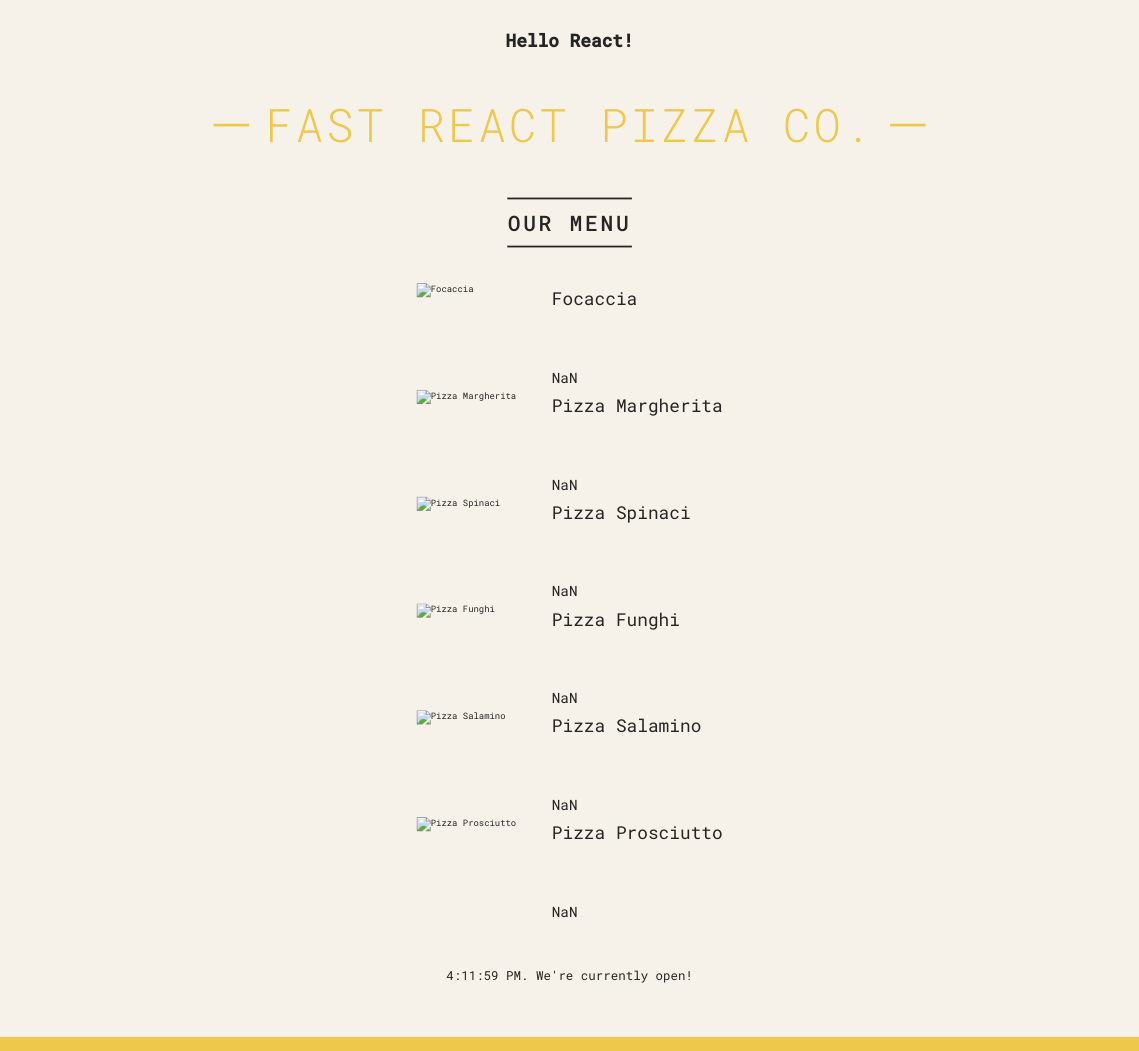
Repository: Alphosmart/03_pizza-menu
Page: /
The author's editor kept a copy of each file at every save. The page is drawn from the files as they stood at one save, then again after the next save.
The browser window is 1280 px wide. The pictures show the whole page, at 89% of full size.
The project was rebuilt for these pictures with package versions that can differ from the ones it lists, and the page was loaded fresh each time.

Above is the page before, as saved 2024-05-31 16:11:38.

After the next save:
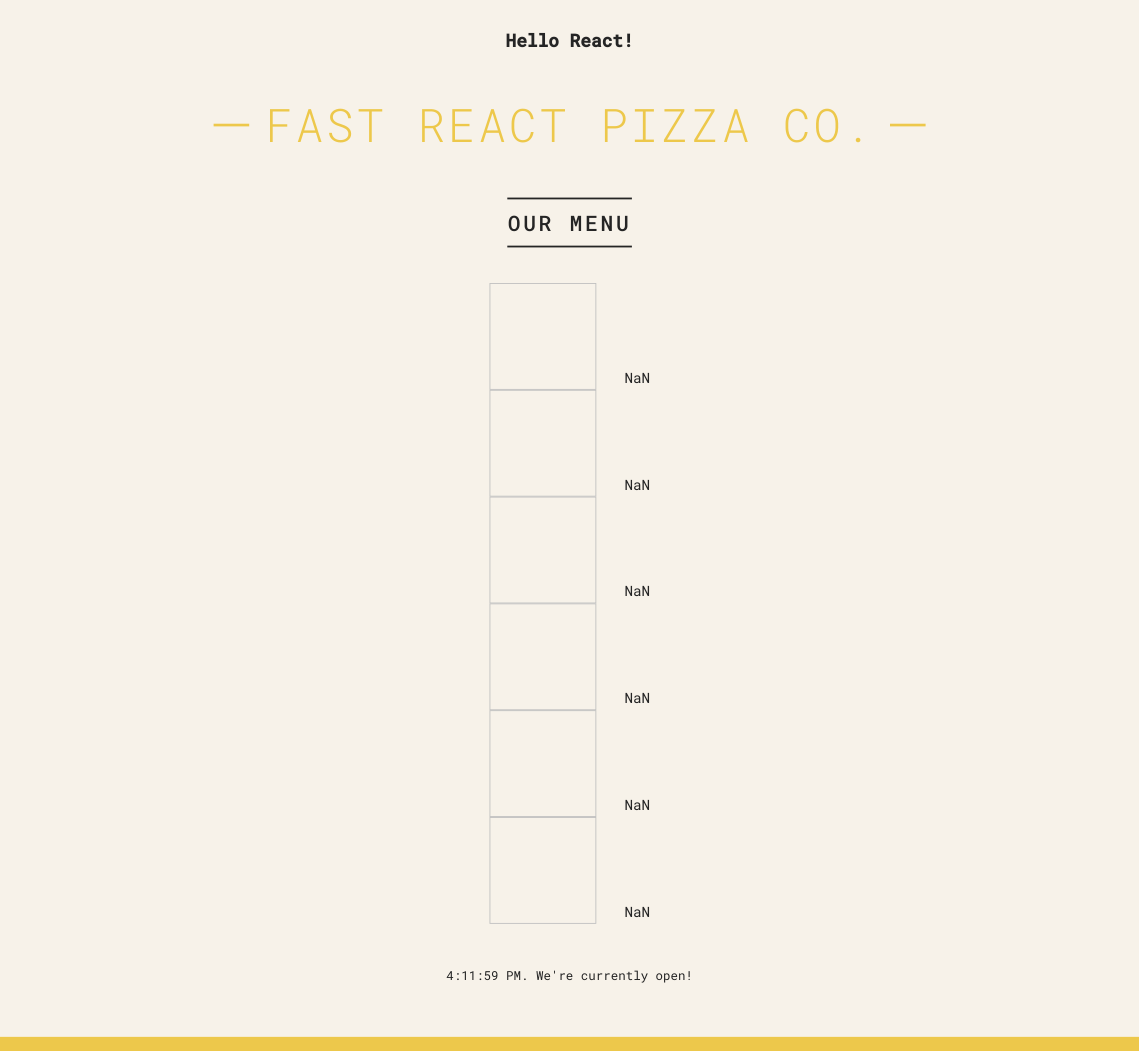
Saved 115 s later.
--- a/src/index.js
+++ b/src/index.js
@@ -75,7 +75,7 @@ function Menu() {
 
       <div>
         {pizzaData.map((pizza) => (
-          <Pizza name={pizza.name} />
+          <Pizza pizzaObj />
         ))}
       </div>
       {/* <Pizza
